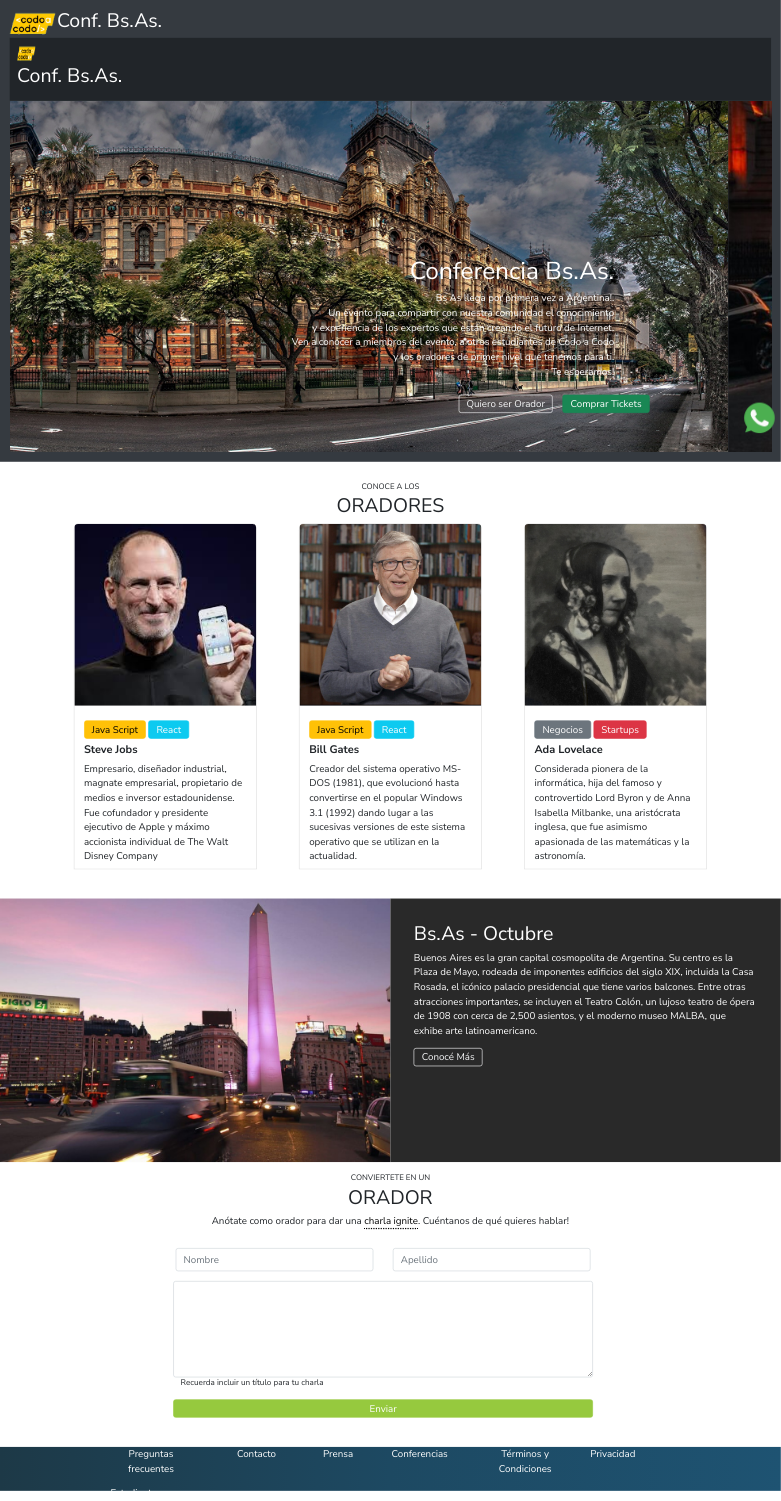
Repository: Melire/trabajo-final-BS
Page: index.html
These files come from the project's save history. The page is drawn as it stood at one moment and after the next save; the edit follows.
The browser window is 1280 px wide. The pictures show the whole page, at 61% of full size.

Above is the page before, as saved 2023-05-11 18:33:21.

### index.html
<!DOCTYPE html>
<html lang="es">

<head>
    <meta charset="UTF-8">
    <meta http-equiv="X-UA-Compatible" content="IE=edge">
    <meta name="viewport" content="width=device-width, initial-scale=1.0">
    <title>Proyecto Melisa Renovales Wolcan</title>
    <link rel="shortcut icon" href="favicon.ico" type="image/x-icon">
    <link href="https://cdn.jsdelivr.net/npm/bootstrap@5.0.2/dist/css/bootstrap.min.css" rel="stylesheet"
        integrity="sha384-EVSTQN3/azprG1Anm3QDgpJLIm9Nao0Yz1ztcQTwFspd3yD65VohhpuuCOmLASjC" crossorigin="anonymous">
    <link rel="stylesheet" href="./css/estilos3.css">

</head>

<body>
    <header class="header">
        <div class="headerNav">
            <div class="contenedorLogo">
                <a href="https://www.buenosaires.gob.ar/educacion/codo-codo" target="_blank">
                    <img src="./assets/img/codoacodo.png" alt="Logo">
                </a>
                <h2>Conf. Bs.As.</h2>
            </div>
            <!--barra de navegacion BS-->
            <nav>
                <nav class="navbar navbar-dark bg-dark">
                    <div class="container-fluid">
                      <a class="navbar-brand" href="https://www.buenosaires.gob.ar/educacion/codo-codo" target="_blank">
                        <img src="./assets/img/codoacodo.png" alt="Logo" width="30" height="24" class="d-inline-block align-text-top">
                        <h2>Conf. Bs.As.</h2>
                      </a>
                    </div>
                  </nav>
                <!--
                <ul class="nav">
                    <li class="nav-item">
                        <a class="nav-link active" aria-current="page" href="#laConferencia">La Conferencia</a>
                    </li>
                    <li class="nav-item">
                        <a class="nav-link" href="#losOradores">Los Oradores</a>
                    </li>
                    <li class="nav-item">
                        <a class="nav-link" href="#lugarYfecha">Lugar y La Fecha</a>
                    </li>
                    <li class="nav-item">
                        <a class="nav-link" href="#convierteteEnOrador">Conviértete en Orador</a>
                    </li>
                    <a class="nav-link color" href="./pages/comprar_tickets.html">Comprar tickets</a>
                    </li>
                </ul>
            </nav>

        </div>-->
        <!--comportamientos carrousel BS-->
        <section id="laConferencia" class="contenedorCarousel">
            <div id="carouselExampleCaptions" class="carousel slide" data-bs-ride="carousel">
                <div class="carousel-indicators">
                    <div class="carouselNone">
                        <button type="button" data-bs-target="#carouselExampleCaptions" data-bs-slide-to="0"
                            class="active" aria-current="true" aria-label="Slide 1"></button>
                        <button type="button" data-bs-target="#carouselExampleCaptions" data-bs-slide-to="1"
                            aria-label="Slide 2"></button>
                        <button type="button" data-bs-target="#carouselExampleCaptions" data-bs-slide-to="2"
                            aria-label="Slide 3"></button>
                    </div>

                    <!--botones carrousel-->
                    <nav class="container">
                        <div class="botonesCabecera">
                            <a href="#convierteteEnOrador" button type="button" class="btn btn-outline-light">Quiero ser
                                Orador</a>
                            <div class="botonTickets">
                                <a href="./pages/comprar_tickets.html" button type="button"
                                    class="btn btn-success">Comprar
                                    Tickets</a>
                            </div>
                        </div>
                    </nav>
                </div>
                <!--textos y fotos carrousel BS-->
                <div class="carousel-inner">
                    <div class="carousel-item active">
                        <img src="./assets/img/ba1.jpg" class="d-block w-100" alt="Palacio del agua">
                        <div class="carousel-caption d-none d-md-block">
                            <h5 class="texto"> Conferencia Bs.As.</h5>
                            <p> Bs As llega por primera vez a Argentina!.<br /> Un evento para compartir con nuestra
                                comunidad el conocimiento<br /> y experiencia de los expertos que están creando el
                                futuro de Internet.<br />
                                Ven a conocer a miembros del evento, a otros estudiantes de Codo a Codo<br /> y los
                                oradores de primer nivel que tenemos para ti.<br />Te esperamos!</p>
                        </div>
                    </div>
                    <div class="carousel-item">
                        <img src="./assets/img/ba2.jpg" class="d-block w-100" alt="obelisco">
                        <div class="carousel-caption d-none d-md-block">
                            <h5 class="texto">Paseos en bus</h5>
                            <p>Tenemos la mejor selección de tours en español en Argentina<br />
                                ¡y al mejor precio! Descubre todo lo que puedes hacer en la Ciudad de Buenos
                                Aires!<br />
                                Veni a conocer un mágico Buenos Aires<br /> Te invitamos a conocer las costumbres y
                                gastronomía de la vida porteña de antaño</p>
                        </div>
                    </div>
                    <div class="carousel-item">
                        <img src="./assets/img/ba3.jpg" class="d-block w-100" alt="Diagonal sur">
                        <div class="carousel-caption d-none d-md-block">
                            <h5 class="texto">Visitas guiadas en edificios históricos</h5>
                            <p>En nuestras caminatas guiadas,<br /> recorremos los edificios mas hermosos de la
                                ciudad,<br /> llenos de histrorias y misterios.<br /> No te lo pierdas!</p>
                        </div>
                    </div>
                </div>

                <button class="carousel-control-prev" type="button" data-bs-target="#carouselExampleCaptions"
                    data-bs-slide="prev">
                    <span class="carousel-control-prev-icon" aria-hidden="true"></span>
                    <span class="visually-hidden">Previous</span>
                </button>
                <button class="carousel-control-next" type="button" data-bs-target="#carouselExampleCaptions"
                    data-bs-slide="next">
                    <span class="carousel-control-next-icon" aria-hidden="true"></span>
                    <span class="visually-hidden">Next</span>
                </button>
            </div>
        </section>
    </header>

    <!--Oradores BS-->
    <main>
        <section id="losOradores" class="sectionOradores">
            <h2><span class=tituloCh>CONOCE A LOS</span> <br> ORADORES</h2>
            <div class="padreCards">
                <div class="container row row-cols-1 row-cols-md-3 g-3">
                    <div class="col">
                        <div class="card h-100">
                            <img src="./assets/img/steve.jpg" class="card-img-top" alt="Steve Jobs">
                            <div class="buttonsCard">
                                <button type="button" class="btn btn-warning">Java Script</button>
                                <button type="button" class="btn btn-info">React</button>

                            </div>

                            <div class="card-body">
                                <h5 class="card-title"><span>Steve Jobs</span></h5>
                                <p class="card-text">Empresario, diseñador industrial, magnate empresarial, propietario
                                    de medios e inversor
                                    estadounidense. Fue cofundador y presidente ejecutivo de Apple​ y máximo accionista
                                    individual de The Walt Disney Company</p>
                            </div>
                        </div>
                    </div>

                    <div class="col">
                        <div class="card h-100">
                            <img src="./assets/img/bill.jpg" class="card-img-top" alt="Bill Gates">
                            <div class="buttonsCard">
                                <button type="button" class="btn btn-warning">Java Script</button>
                                <button type="button" class="btn btn-info">React</button>
                            </div>
                            <div class="card-body">
                                <h5 class="card-title">Bill Gates</h5>
                                <p class="card-text">Creador del sistema operativo MS-DOS (1981), que evolucionó hasta
                                    convertirse en el popular
                                    Windows 3.1 (1992) dando lugar a las sucesivas versiones de este sistema operativo
                                    que se
                                    utilizan en la actualidad.</p>
                            </div>
                        </div>
                    </div>
                    <div class="col">
                        <div class="card h-100">
                            <img src="./assets/img/ada.jpeg" class="card-img-top" alt="Ada Lovelace">
                            <div class="buttonsCard">
                                <button type="button" class="btn btn-secondary">Negocios</button>
                                <button type="button" class="btn btn-danger">Startups</button>
                            </div>
                            <div class="card-body">
                                <h5 class="card-title">Ada Lovelace</h5>
                                <p class="card-text">Considerada pionera de la informática, hija del famoso y
                                    controvertido Lord Byron y de Anna
                                    Isabella Milbanke, una aristócrata inglesa, que fue asimismo apasionada de las
                                    matemáticas y
                                    la astronomía.</p>
                            </div>
                        </div>
                    </div>
                </div>
            </div>
        </section>
        <section id="lugarYfecha" class="container-fluid">
            <div class="row">
                <div class="col-sm-12 col-md-6 colIzq">

                </div>
                <div class="col-sm-12 col-md-6 colDer">
                    <h2>Bs.As - Octubre</h2>
                    <p>Buenos Aires es la gran capital cosmopolita de Argentina. Su centro es la Plaza de Mayo, rodeada
                        de imponentes edificios del siglo XIX, incluida la Casa Rosada, el icónico palacio presidencial
                        que tiene varios balcones. Entre otras atracciones importantes, se incluyen el Teatro Colón, un
                        lujoso teatro de ópera de 1908 con cerca de 2,500 asientos, y el moderno museo MALBA, que exhibe
                        arte latinoamericano.</p>
                    <a href=""><button type="button" class="btn btn-outline-light">Conocé Más</button></a>
                </div>
        </section>

        <!--Formulario Orador-->
        <section id="convierteteEnOrador" class="formularioOrador container row-cols-1">
            <form>
                <h2><span class="tituloCh"> CONVIERTETE EN UN </span> <br> ORADOR</h2>
                <p>Anótate como orador para dar una <a href="" class="charla">charla ignite</a>.
                    Cuéntanos de qué quieres hablar!</p>

                <div class="mb-3">
                    <div class="datosUser container row ">
                        <div class="imputName col-sm-12  col-md-6 col-lg-4">
                            <input type="text" class="form-control" id="Nombre" placeholder="Nombre">
                        </div>
                        <div class="imputName col-sm-12  col-md-6 col-lg-4">
                            <input type="text" class="form-control" id="Apellido" placeholder="Apellido">
                        </div>

                        <div class="container row col-sm-12  col-md-8 col-lg-8">
                            <textarea class="form-control " id="exampleFormControlTextarea1" rows="6"
                                placeholder="Sobre que quieres hablar?">
                            </textarea>
                                <p class="finalForm">Recuerda incluir un título para tu charla</p>
                        </div>

                            <div class="d-grid gap-2 col-sm-12  col-md-8 col-lg-8">
                                <button class="btn btn-success-color">Enviar</button>
                            </div>
                    </div>
                </div>

            </form>

        </section>
    </main>


    <!--footer BS-->
    <footer class="footer container-fluid mt-5">
        <div class="contenedorFooter row text-center gap-3 w-75 h-100 mx-auto">
            <a class="col-sm-12 col-md-2" href="#Preguntas frecuentes">Preguntas frecuentes</a>
            <a class="col-sm-12 col-md-2" href="#contacto">Contacto</a>
            <a class="col-sm-12 col-md-1" href="#prensa">Prensa</a>
            <a class="col-sm-12 col-md-2" href="#conferencias">Conferencias</a>
            <a class="col-sm-12 col-md-2" href="#condiciones">Términos y Condiciones</a>
            <a class="col-sm-12 col-md-1" href="#privacidad">Privacidad</a>
            <a class="col-sm-12 col-md-1" href="#estudiantes">Estudiantes</a>
        </div>
        <a href=""><img class="wsp" src="./assets/img/whatsapp.png" alt="what"></a>
    </footer>
    <script src="https://cdn.jsdelivr.net/npm/bootstrap@5.0.2/dist/js/bootstrap.bundle.min.js"
        integrity="sha384-MrcW6ZMFYlzcLA8Nl+NtUVF0sA7MsXsP1UyJoMp4YLEuNSfAP+JcXn/tWtIaxVXM"
        crossorigin="anonymous"></script>
</body>

</html>

Loaded but not shown: css/estilos3.css (638 lines, source omitted)

After the next save:
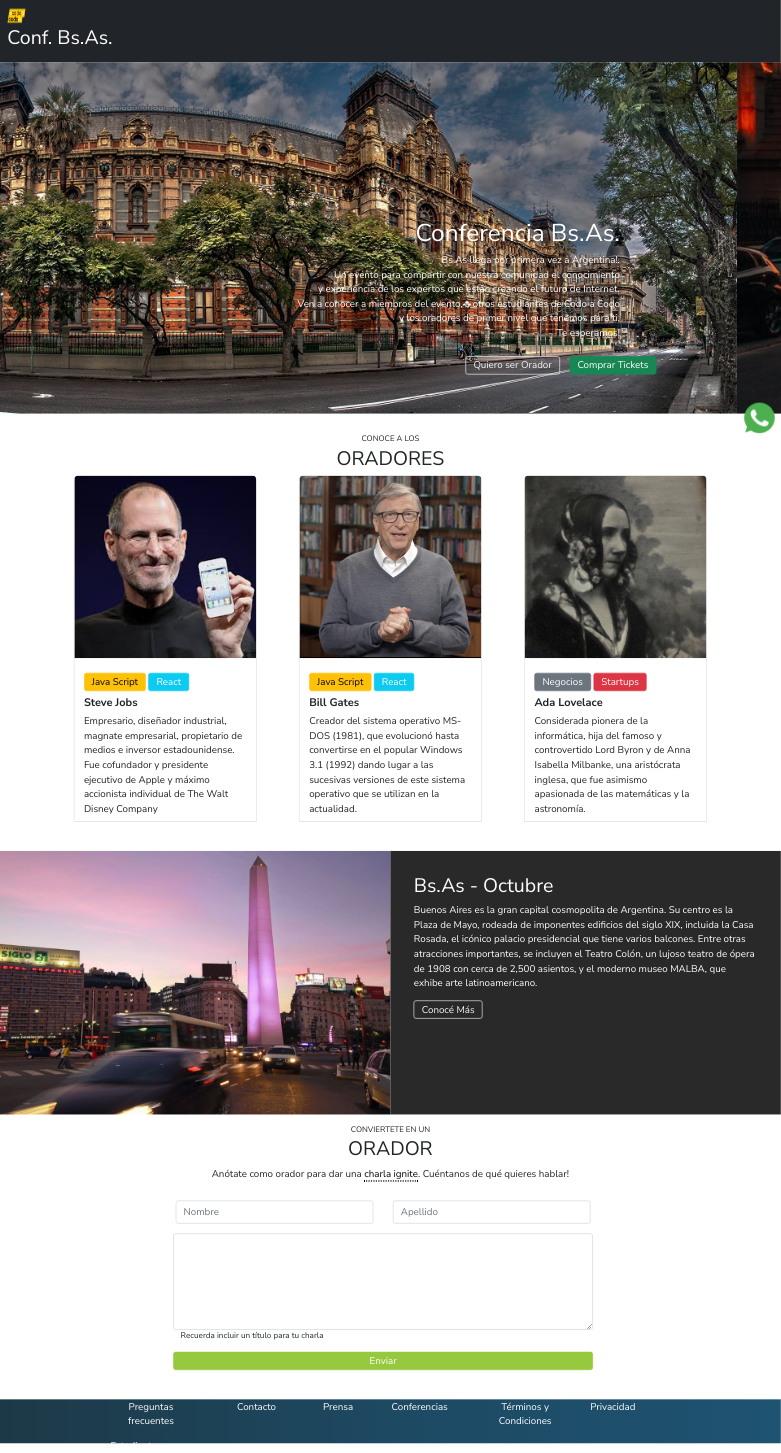
Saved 19 s later.
--- a/index.html
+++ b/index.html
@@ -15,13 +15,7 @@
 
 <body>
     <header class="header">
-        <div class="headerNav">
-            <div class="contenedorLogo">
-                <a href="https://www.buenosaires.gob.ar/educacion/codo-codo" target="_blank">
-                    <img src="./assets/img/codoacodo.png" alt="Logo">
-                </a>
-                <h2>Conf. Bs.As.</h2>
-            </div>
+
             <!--barra de navegacion BS-->
             <nav>
                 <nav class="navbar navbar-dark bg-dark">
